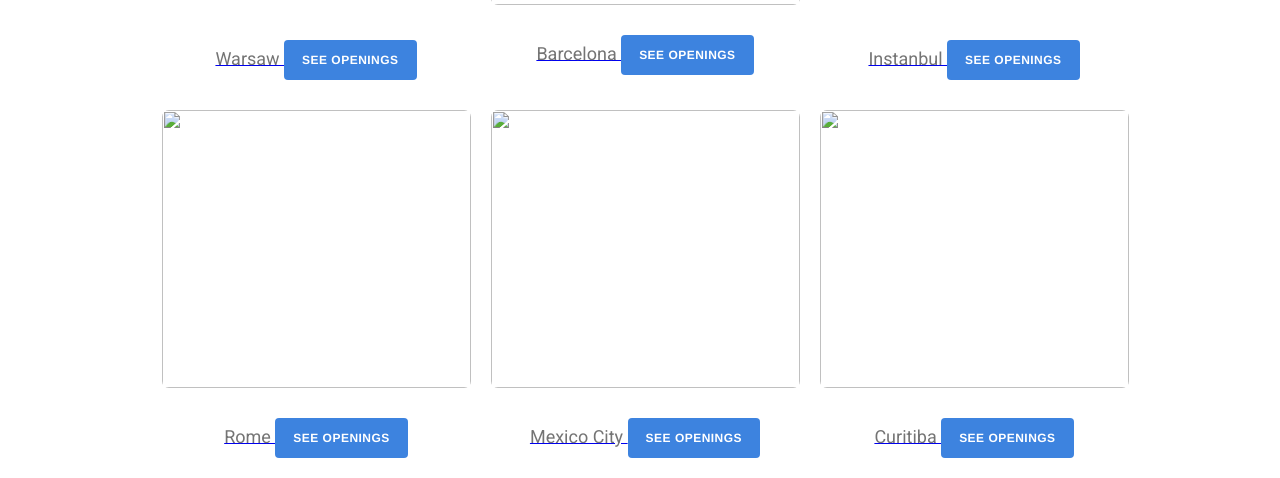
Repository: Hassanine-jaouadi/docplanner
Page: doc-panner.html
An editor plug-in stored every save of this project. The page is shown before and after the next save, followed by the edit.
The browser window is 1280 px wide. The pictures show the part of the page from y = 2606 to 3172 px (the page is 3084 px tall before and 3172 px after).
A picture or video elsewhere on the page could not be fetched, so the positions and the page height are approximate. Some web libraries are served in a nearby version.

Above is the page before, as saved 2020-01-19 22:02:52.

After the next save:
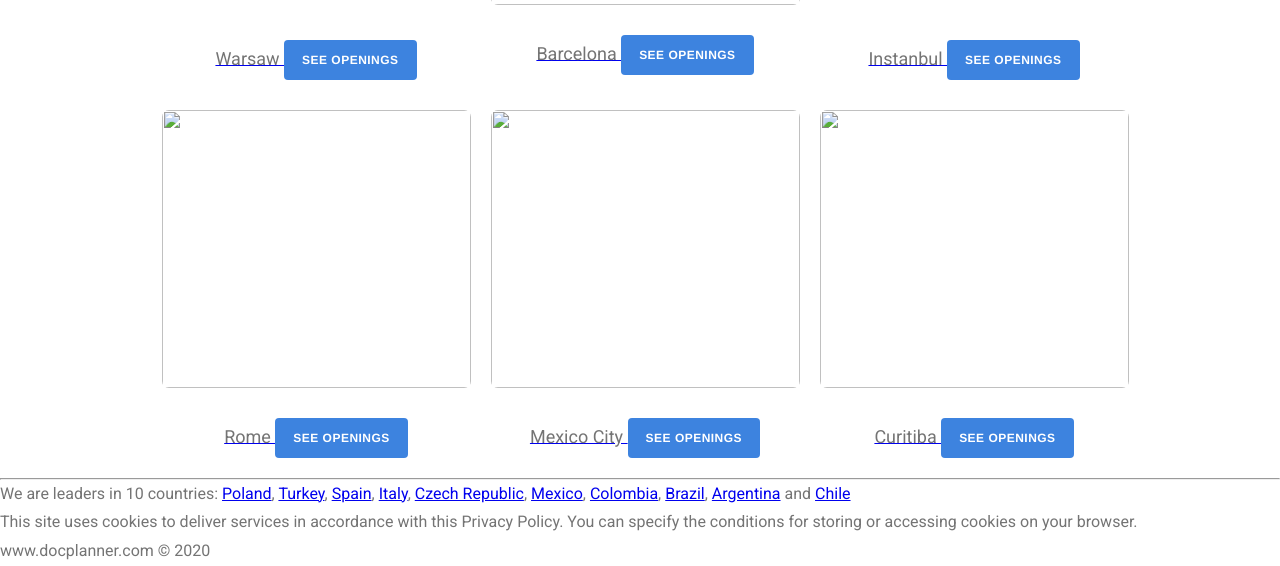
Saved 7 min 6 s later.
--- a/doc-panner.html
+++ b/doc-panner.html
@@ -300,6 +300,26 @@
 
         </div>
     </section>
+    <hr>
+    <footer class="main-footer">
+        <div class="middle-main-footer">
+                <p>We are leaders in 10 countries:
+                        <a href="//www.znanylekarz.pl" target="_blank">Poland</a>, <a href="//www.doktortakvimi.com" target="_blank">Turkey</a>,
+                        <a href="//www.doctoralia.es" target="_blank">Spain</a>,
+                        <a href="//www.miodottore.it" target="_blank">Italy</a>,
+                        <a href="//www.znamylekar.cz" target="_blank">Czech Republic</a>,
+                        <a href="//www.doctoralia.com.mx" target="_blank">Mexico</a>,
+                        <a href="//www.doctoralia.co" target="_blank">Colombia</a>,
+                        <a href="http://www.doctoralia.com.br" target="_blank">Brazil</a>,
+                        <a href="http://www.doctoraliar.com" target="_blank">Argentina</a>
+                        and
+                        <a href="http://www.doctoralia.cl" target="_blank">Chile</a>
+                    </p>
+                    <p>This site uses cookies to deliver services in accordance with this Privacy Policy. You can specify the conditions for storing or accessing cookies on your browser.</p>
+
+                                               www.docplanner.com © 2020
+                </div>
+    </footer>
 </body>
 
 </html>
